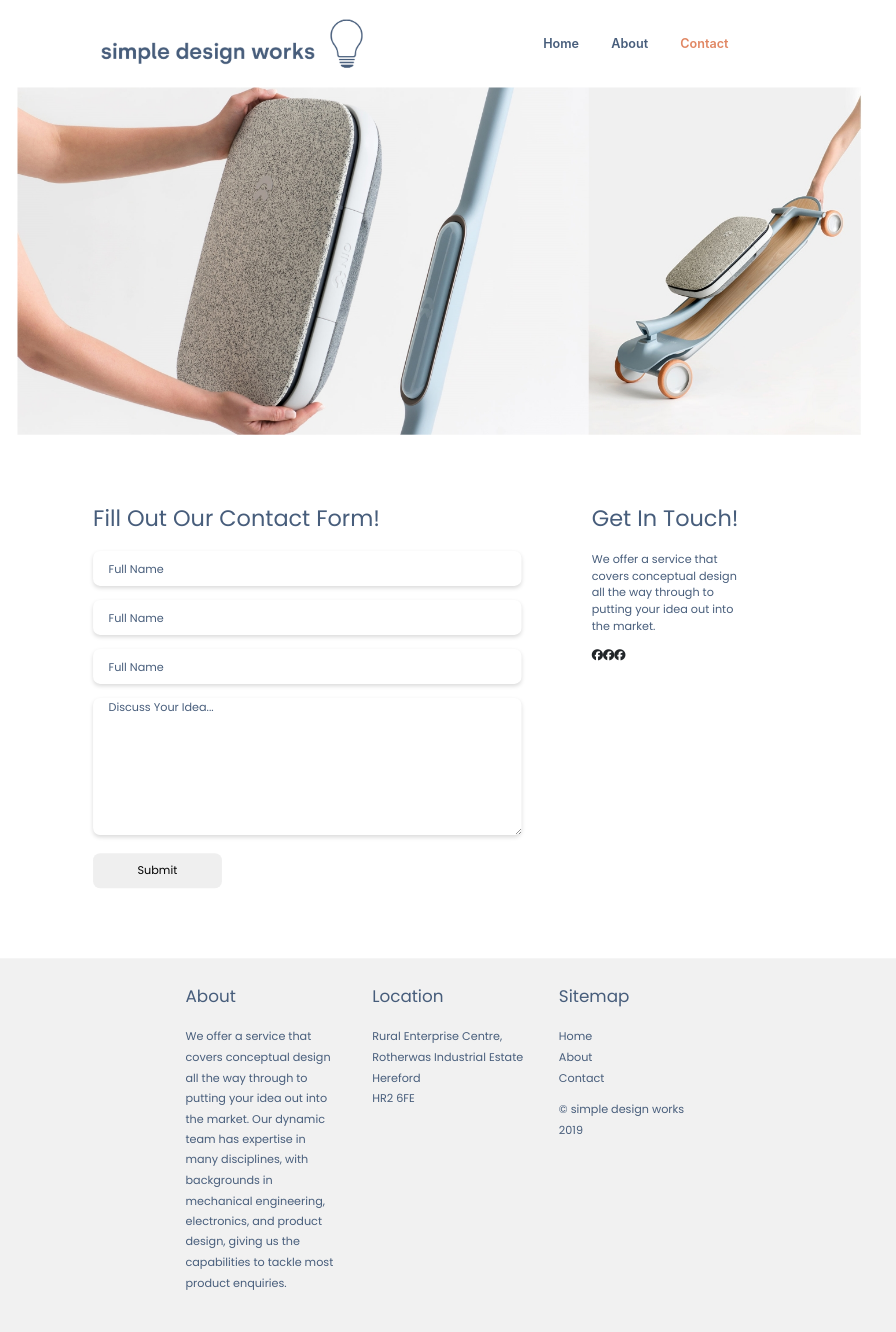
Repository: cobyfoster99/User-Centric-frontend-project
Page: contact.html
The author's editor kept a record of every edit. The page is drawn from the files as they stood at one moment, then again after the next edit.
The browser window is 1280 px wide. The pictures show the whole page, at 70% of full size.
Some web libraries are served in a nearby version.

Above is the page before.

After the next edit:
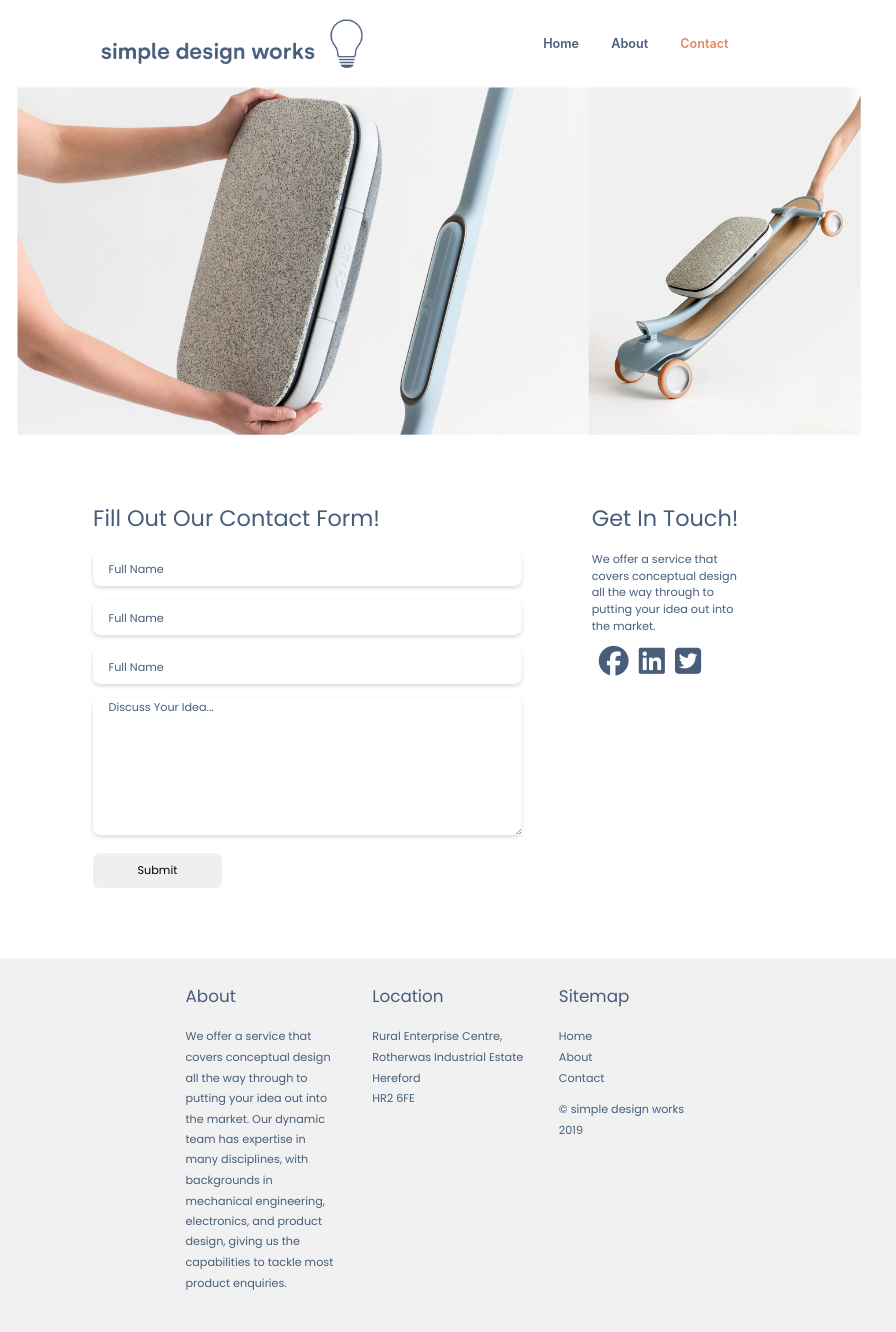
The edit:
--- a/contact.html
+++ b/contact.html
@@ -72,9 +72,10 @@
                     <h2 class="home-contact-header">Get In Touch!</h2>
                     <p class="contact-info-p">We offer a service that covers conceptual design all the way through to putting your idea out into the market.
                     </p>
-                    <div class="icons">
 
-                        <i class="fab fa-facebook"></i><i class="fab fa-facebook"></i><i class="fab fa-facebook"></i>
+                    <a href="https://www.facebook.com/simpledesignworks"><i class="icon fab fa-facebook"></i></a>
+                    <a href="https:/https://www.linkedin.com/company/10354689"><i class="icon fab fa-linkedin"></i></a>
+                    <a href="https://twitter.com/SDW_LTD"><i class="icon fab fa-twitter-square"></i></a>
 
                 </div>
 
